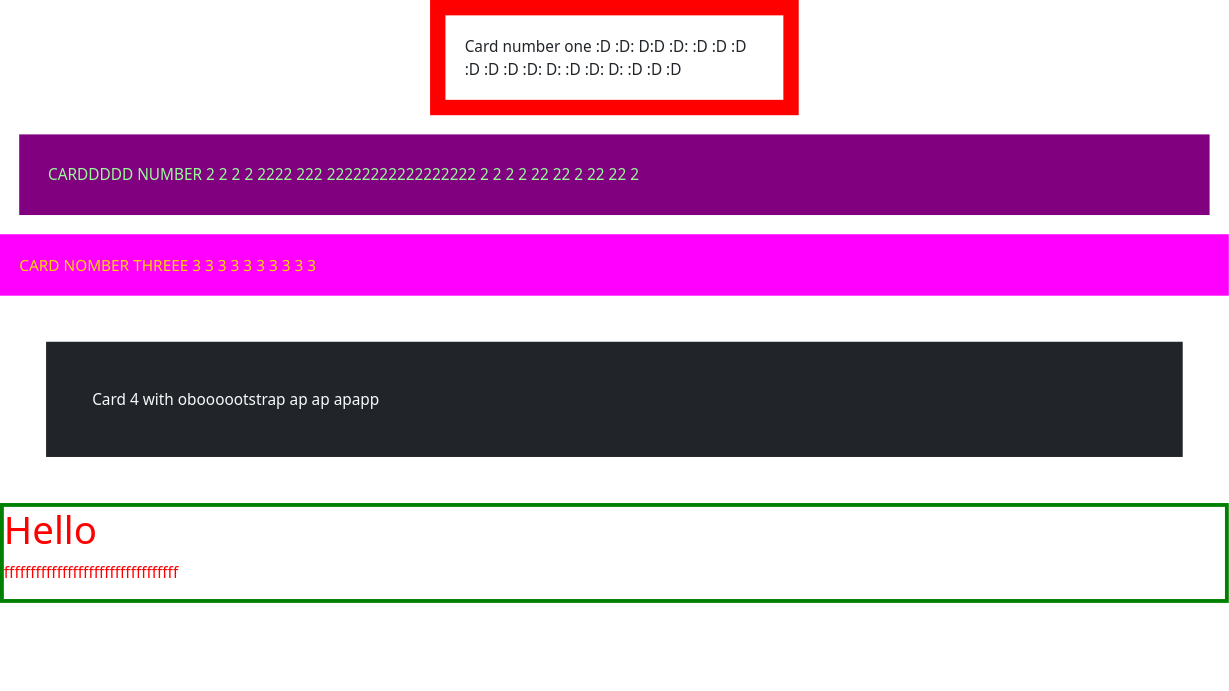
Repository: FbW-E01/spa-react-stylish-cards-gronger
Page: / (app in react-stuff/)
The author's editor kept a copy of each file at every save. The page is drawn from the files as they stood at one save, then again after the next save.
The browser window is 1280 px wide. The pictures show the whole page, at 96% of full size.
The project was rebuilt for these pictures with package versions that can differ from the ones it lists, and the page was loaded fresh each time.

Above is the page before, as saved 2021-07-14 14:08:08.

### react-stuff/src/index.js
import React from 'react';
import ReactDOM from 'react-dom';
import './main.scss';
import 'bootstrap/dist/css/bootstrap.min.css';
import styled from 'styled-components';


function CardOneInline() {
  const divStyle = {
    border: '16px solid red',
    margin: 'auto',
    padding: '20px',
    width: '30%',
  }

  return <div style={divStyle}>
    Card number one :D :D: D:D :D: :D :D :D :D :D :D :D: D: :D :D: D: :D :D :D
  </div>
}

function CardTwoClass() {
  let className = 'purpleClass';

  return <div className={className}>
    CARDDDDD NUMBER 2 2 2 2 2222 222 22222222222222222 2 2 2 2 22 22 2 22 22  2
  </div>
}

function CardThreeScssClass() {
  return <div className='class-3'>
    CARD NOMBER THREEE 3 3 3 3 3 3 3 3 3 3
  </div>
}

function CardFourBootstrap() {
  return <div className="p-5 m-5 warning bg-dark text-light">
    Card 4 with oboooootstrap ap ap apapp
  </div>
}

const MyDiv = styled.div`
  border: 4px solid green;
  color: red;
`;

ReactDOM.render(
  <div className="wrapper">
    <CardOneInline />
    <CardTwoClass />
    <CardThreeScssClass />
    <CardFourBootstrap />
    <MyDiv><h1>Hello</h1>
    <p>fffffffffffffffffffffffffffffffff</p></MyDiv>
  </div>

  , document.getElementById('root')
);

### react-stuff/src/main.scss
.wrapper {
    .class-3 {
        background-color: fuchsia;
        color: gold;
        font-family: 'Segoe UI', Tahoma, Geneva, Verdana, sans-serif;
        margin: auto;
        padding: 20px;
    }
    .purpleClass {
        color: palegreen;
        background-color: purple;
        padding: 30px;
        margin: 20px;
    }
}

Loaded but not shown: react-stuff/public/index.html (common file)

After the next save:
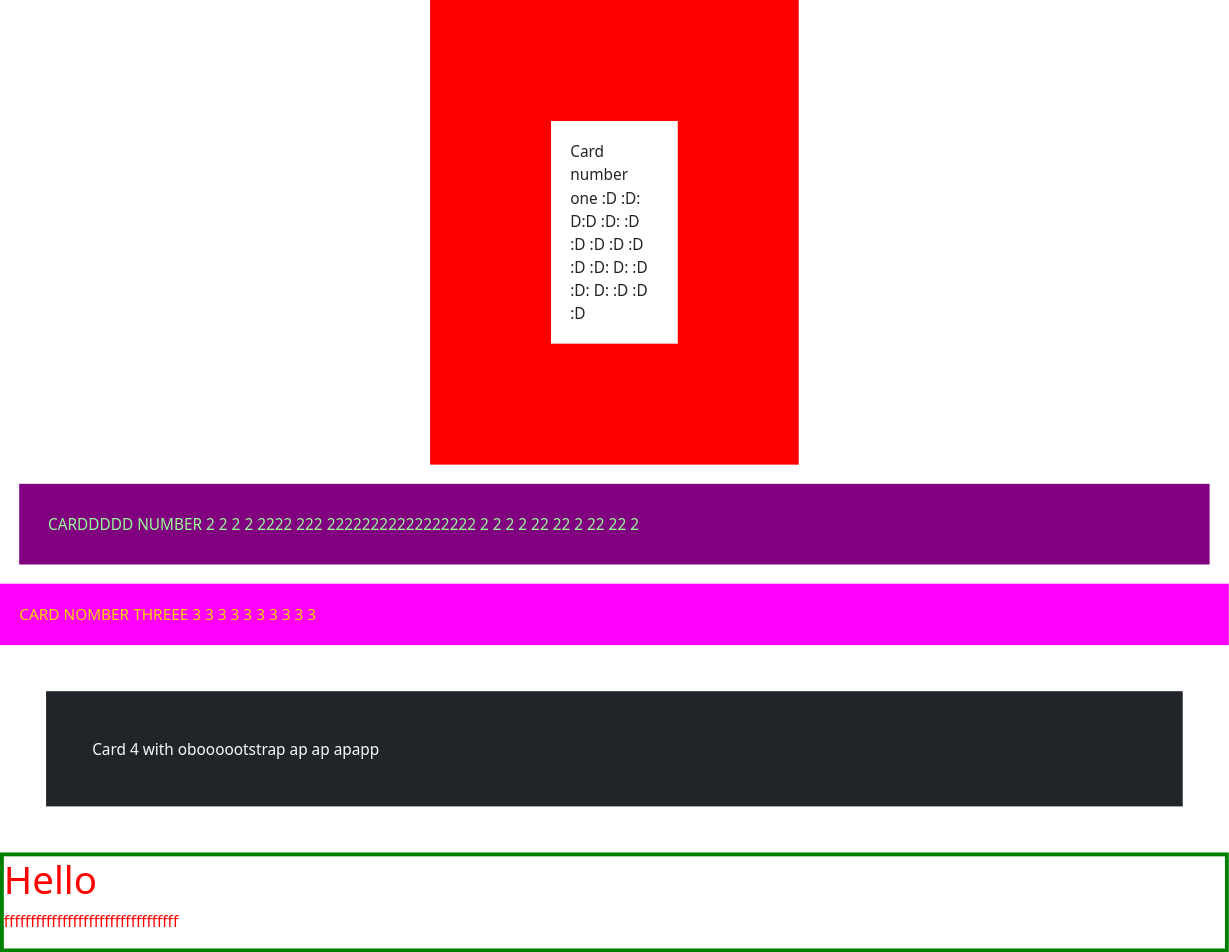
Saved 9 s later.
--- a/react-stuff/src/index.js
+++ b/react-stuff/src/index.js
@@ -7,7 +7,7 @@ import styled from 'styled-components';
 
 function CardOneInline() {
   const divStyle = {
-    border: '16px solid red',
+    border: '126px solid red',
     margin: 'auto',
     padding: '20px',
     width: '30%',
